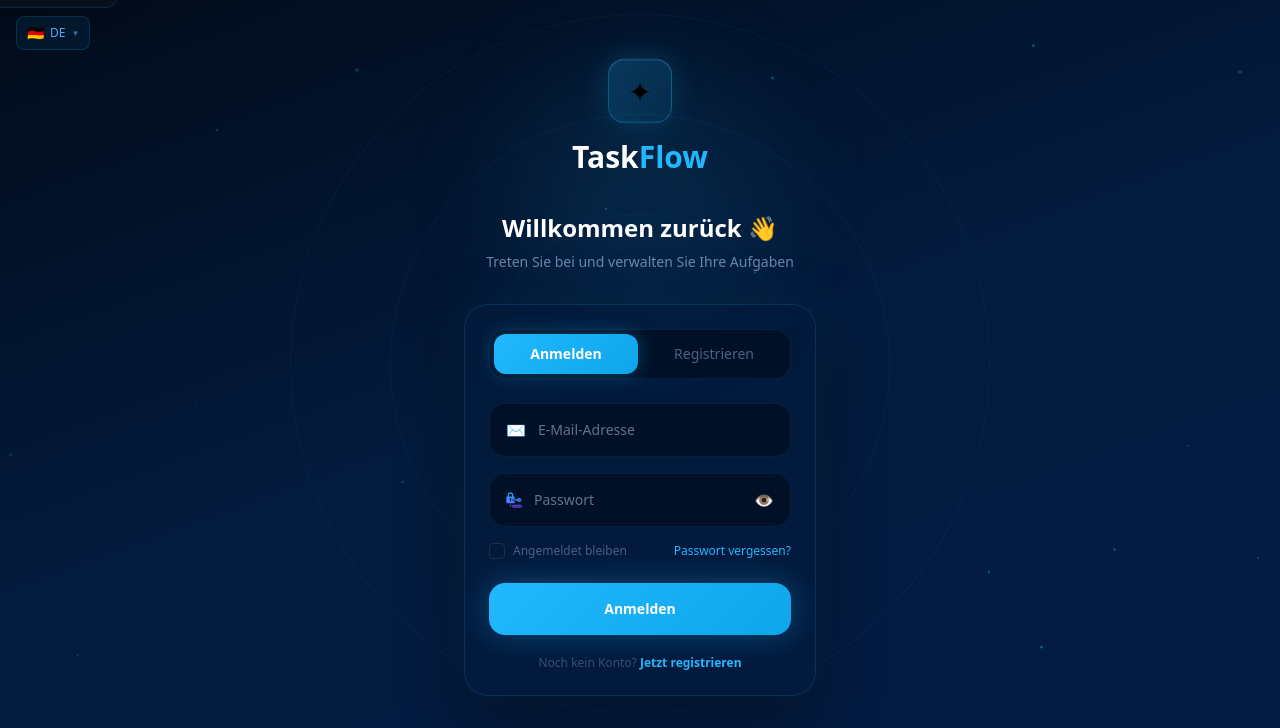
Repository: IssamSaed98/TaskManager.Frontend
Page: /, after clicking the first element matching `button.flex`
An editor plug-in stored every save of this project. The page is shown before and after the next save, followed by the edit.
The browser window is 1280 px wide. The pictures show the whole page.
The project was rebuilt for these pictures with package versions that can differ from the ones it lists, and the page was loaded fresh each time. Also part of the build but not shown: vite.config.js, src/pages/Register.jsx, src/pages/Events.jsx, src/pages/AdminDashboard.jsx.

Above is the page before, as saved 2026-06-08 14:02:52.

### index.html
<!DOCTYPE html>
<html lang="de" dir="ltr">
  <head>
    <meta charset="UTF-8" />
    <meta name="viewport" content="width=device-width, initial-scale=1.0" />
    <title>TaskFlow</title>

    <!-- PWA -->
    <link rel="manifest" href="/manifest.webmanifest" />
    <meta name="theme-color" content="#0a0f1a" />

    <!-- Apple -->
    <link rel="apple-touch-icon" href="/apple-touch-icon.png" />
    <meta name="apple-mobile-web-app-capable" content="yes" />
    <meta name="apple-mobile-web-app-status-bar-style" content="black-translucent" />
    <meta name="apple-mobile-web-app-title" content="TaskFlow" />

    <!-- Favicon -->
    <link rel="icon" type="image/png" sizes="32x32" href="/favicon-32x32.png" />
    <link rel="icon" type="image/png" sizes="16x16" href="/favicon-16x16.png" />
  </head>
  <body>
    <div id="root"></div>
    <script type="module" src="/src/main.jsx"></script>
    <!-- Splash Screen -->
<div id="splash" style="
position:fixed; inset:0; z-index:9999;
background:#0a0f1a;
display:flex; flex-direction:column;
align-items:center; justify-content:center;
gap:16px;
transition: opacity 0.5s ease;
">
<img src="/public/pwa-512x512.png" width="100" height="100" style="border-radius:22%;animation:pulse 1.5s ease-in-out infinite"/>
<div style="color:#e2f0ff;font-size:22px;font-weight:700;letter-spacing:1px">TaskFlow</div>
<div style="color:#3a5070;font-size:12px">Task Management System</div>
</div>

<style>
@keyframes pulse {
0%,100% { transform: scale(1); opacity:1; }
50% { transform: scale(1.08); opacity:0.9; }
}
</style>

<script>
window.addEventListener('load', () => {
setTimeout(() => {
  const splash = document.getElementById('splash')
  if (splash) {
    splash.style.opacity = '0'
    setTimeout(() => splash.remove(), 500)
  }
}, 2000)
})
</script>
  </body>
</html>

### src/main.jsx
import { StrictMode } from 'react'
import { createRoot } from 'react-dom/client'
import './index.css'
import './i18n'
import App from './App.jsx'

createRoot(document.getElementById('root')).render(
  <StrictMode>
    <App />
  </StrictMode>,
)

### src/pages/Login.jsx
import { useState, useEffect } from 'react'
import { motion } from 'framer-motion'
import { login } from '../api'
import { useLanguage } from '../hooks/useLanguage'
import LanguageSwitcher from '../components/LanguageSwitcher'
import passImage from '../images/password.png'

function Login({ onLogin, goToRegister }) {
  const { t, isRTL } = useLanguage()
  const [email, setEmail] = useState('')
  const [password, setPassword] = useState('')
  const [showPassword, setShowPassword] = useState(false)
  const [remember, setRemember] = useState(false)
  const [error, setError] = useState('')
  const [loading, setLoading] = useState(false)
  const [focusedField, setFocusedField] = useState(null)
  const [particles, setParticles] = useState([])

  useEffect(() => {
    setParticles(Array.from({ length: 20 }, (_, i) => ({
      id: i,
      x: Math.random() * 100,
      y: Math.random() * 100,
      size: Math.random() * 3 + 1,
      duration: Math.random() * 8 + 4,
      delay: Math.random() * 4,
    })))
  }, [])

  const handleLogin = async () => {
    if (!email || !password) return
    try {
      setLoading(true)
      setError('')
      const response = await login(email, password)
      localStorage.setItem('token', response.data.token)
      onLogin(response.data.token)
    } catch {
      setError(t('error_login'))
    } finally {
      setLoading(false)
    }
  }
  const myStyle = {
    width: '16px',
    height: '16px',

}
  return (
    <div
      className="min-h-screen flex flex-col items-center justify-start overflow-hidden relative"
      style={{ background: 'linear-gradient(160deg, #020B1A 0%, #031B3D 50%, #041C45 100%)', direction: isRTL ? 'rtl' : 'ltr' }}
    >
      {/* Particles */}
      {particles.map(p => (
        <motion.div
          key={p.id}
          className="absolute rounded-full pointer-events-none"
          style={{ left: `${p.x}%`, top: `${p.y}%`, width: p.size, height: p.size, background: '#22B8FF', opacity: 0.3 }}
          animate={{ y: [0, -30, 0], opacity: [0.1, 0.4, 0.1] }}
          transition={{ duration: p.duration, delay: p.delay, repeat: Infinity, ease: 'easeInOut' }}
        />
      ))}

      {/* Rings */}
      <div className="absolute inset-0 flex items-center justify-center pointer-events-none overflow-hidden">
        {[300, 500, 700].map((size, i) => (
          <motion.div
            key={i}
            className="absolute rounded-full"
            style={{ width: size, height: size, border: '1px solid rgba(34,184,255,0.06)' }}
            animate={{ rotate: 360 }}
            transition={{ duration: 30 + i * 10, repeat: Infinity, ease: 'linear' }}
          />
        ))}
      </div>

      {/* Radial glow */}
      <div className="absolute top-0 left-1/2 -translate-x-1/2 w-96 h-96 rounded-full pointer-events-none"
        style={{ background: 'radial-gradient(circle, rgba(34,184,255,0.12) 0%, transparent 70%)', filter: 'blur(40px)' }} />

      {/* Language switcher */}
      <div className="absolute top-4 left-4 z-20">
        <LanguageSwitcher />
      </div>

      <motion.div
        className="w-full max-w-sm px-4 pt-16 pb-8 z-10"
        initial={{ opacity: 0, y: 20 }}
        animate={{ opacity: 1, y: 0 }}
        transition={{ duration: 0.7, ease: 'easeOut' }}
      >
        {/* Logo */}
        <motion.div
          className="flex flex-col items-center mb-8"
          animate={{ y: [0, -6, 0] }}
          transition={{ duration: 4, repeat: Infinity, ease: 'easeInOut' }}
        >
          <motion.div
            className="w-16 h-16 rounded-2xl flex items-center justify-center mb-4"
            style={{
              background: 'linear-gradient(135deg, rgba(34,184,255,0.2), rgba(14,165,233,0.1))',
              border: '1px solid rgba(34,184,255,0.3)',
              boxShadow: '0 0 30px rgba(34,184,255,0.2), inset 0 1px 0 rgba(255,255,255,0.1)',
            }}
          >
            <span style={{ fontSize: 28 }}>✦</span>
          </motion.div>
          <h1 className="text-3xl font-bold">
            <span className="text-white">Task</span>
            <span style={{ color: '#22B8FF' }}>Flow</span>
          </h1>
        </motion.div>

        {/* Welcome */}
        <div className="text-center mb-8">
          <h2 className="text-2xl font-bold text-white mb-2">{t('welcome_back')}</h2>
          <p className="text-sm" style={{ color: 'rgba(148,180,220,0.7)' }}>
            {t('join_us')}
          </p>
        </div>

        {/* Glass Card */}
        <motion.div
          className="rounded-3xl p-6"
          style={{
            background: 'rgba(3,27,61,0.6)',
            border: '1px solid rgba(34,184,255,0.15)',
            backdropFilter: 'blur(20px)',
            boxShadow: '0 0 40px rgba(34,184,255,0.08), 0 20px 60px rgba(0,0,0,0.5)',
          }}
        >
          {/* Tab Switch */}
          <div className="flex rounded-2xl p-1 mb-6 gap-1"
            style={{ background: 'rgba(2,11,26,0.6)', border: '1px solid rgba(34,184,255,0.1)' }}>
            <button
              className="flex-1 py-2.5 rounded-xl text-sm font-bold transition-all"
              style={{
                background: 'linear-gradient(135deg,#22B8FF,#0EA5E9)',
                color: '#fff',
                boxShadow: '0 0 20px rgba(34,184,255,0.3)',
              }}>
              {t('sign_in')}
            </button>
            <button
              onClick={goToRegister}
              className="flex-1 py-2.5 rounded-xl text-sm font-medium transition-all"
              style={{ background: 'transparent', color: 'rgba(148,180,220,0.5)' }}>
              {t('sign_up')}
            </button>
          </div>

          {/* Email */}
          <div className="mb-4">
            {/* Email */}

  <div
    className="flex items-center gap-3 px-4 py-3.5 rounded-2xl"
    style={{
      background: 'rgba(2,11,26,0.6)',
      border: `1px solid ${focusedField === 'email' ? 'rgba(34,184,255,0.6)' : 'rgba(34,184,255,0.1)'}`,
      boxShadow: focusedField === 'email' ? '0 0 15px rgba(34,184,255,0.12)' : 'none',
      transition: 'all 0.15s ease',
    }}
  >
    <span style={{ color: focusedField === 'email' ? '#22B8FF' : '#3a5070' }}>✉</span>
    <input
      type="email"
      value={email}
      onChange={e => setEmail(e.target.value)}
      onFocus={() => setFocusedField('email')}
      onBlur={() => setFocusedField(null)}
      placeholder={t('email')}
      className="flex-1 bg-transparent outline-none text-sm"
      style={{ color: '#c0d8f0', fontFamily: 'inherit' }}
    />
  </div>
</div>


          {/* Password */}
          {/* Password */}
<div className="mb-4">
  <div
    className="flex items-center gap-3 px-4 py-3.5 rounded-2xl"
    style={{
      background: 'rgba(2,11,26,0.6)',
      border: `1px solid ${focusedField === 'password' ? 'rgba(34,184,255,0.6)' : 'rgba(34,184,255,0.1)'}`,
      boxShadow: focusedField === 'password' ? '0 0 15px rgba(34,184,255,0.12)' : 'none',
      transition: 'all 0.15s ease',
    }}
  >
    <span style={{ color: focusedField === 'password' ? '#22B8FF' : '#3a5070' }}>
      <img src={passImage} className='passImage' style={myStyle}/></span>
    <input
      type={showPassword ? 'text' : 'password'}
      value={password}
      onChange={e => setPassword(e.target.value)}
      onFocus={() => setFocusedField('password')}
      onBlur={() => setFocusedField(null)}
      placeholder={t('password')}
      className="flex-1 bg-transparent outline-none text-sm"
      style={{ color: '#c0d8f0', fontFamily: 'inherit' }}
    />
    <button onClick={() => setShowPassword(!showPassword)} style={{ color: '#3a5070' }}>
      {showPassword ? '🙈' : '👁'}
    </button>
  </div>
</div>

          {/* Remember + Forgot */}
          <div className="flex items-center justify-between mb-6">
            <button
              onClick={() => setRemember(!remember)}
              className="flex items-center gap-2 text-xs"
              style={{ color: '#4a6080' }}>
              <div className="w-4 h-4 rounded flex items-center justify-center"
                style={{ background: remember ? '#22B8FF' : 'transparent', border: `1px solid ${remember ? '#22B8FF' : '#1e2d40'}` }}>
                {remember && <span className="text-white" style={{ fontSize: 10 }}>✓</span>}
              </div>
              {t('remember_me')}
            </button>
            <button className="text-xs" style={{ color: '#22B8FF' }}>
              {t('forgot_password')}
            </button>
          </div>

          {error && (
            <motion.p
              initial={{ opacity: 0, y: -5 }}
              animate={{ opacity: 1, y: 0 }}
              className="text-xs text-center mb-4"
              style={{ color: '#f87171' }}>
              {error}
            </motion.p>
          )}

          {/* Login Button */}
          <motion.button
            onClick={handleLogin}
            disabled={loading}
            className="w-full py-4 rounded-2xl text-white font-bold text-sm mb-5"
            style={{
              background: 'linear-gradient(135deg, #22B8FF, #0EA5E9)',
              boxShadow: '0 0 30px rgba(34,184,255,0.3)',
            }}
            whileHover={{ scale: 1.03, boxShadow: '0 0 40px rgba(34,184,255,0.5)' }}
            whileTap={{ scale: 0.97 }}
          >
            {loading ? '...' : t('sign_in')}
          </motion.button>

          {/* Register link */}
          <p className="text-center text-xs" style={{ color: '#3a5070' }}>
            {t('no_account')}{' '}
            <button onClick={goToRegister} style={{ color: '#22B8FF', fontWeight: 600 }}>
              {t('register_now')}
            </button>
          </p>
        </motion.div>
      </motion.div>
    </div>
  )
}

export default Login

### src/components/LanguageSwitcher.jsx
import { useState, useRef, useEffect } from 'react'
import { useLanguage } from '../hooks/useLanguage'

function LanguageSwitcher() {
  const { changeLanguage, currentLang } = useLanguage()
  const [open, setOpen] = useState(false)
  const ref = useRef(null)

  const languages = [
    { code: 'de', label: 'DE', flag: '🇩🇪', name: 'Deutsch' },
    { code: 'en', label: 'EN', flag: '🇬🇧', name: 'English' },
    { code: 'ar', label: 'AR', flag: '🇸🇦', name: 'العربية' },
  ]

  const current = languages.find(l => l.code === currentLang) || languages[0]

  useEffect(() => {
    const handleClick = (e) => {
      if (ref.current && !ref.current.contains(e.target)) setOpen(false)
    }
    document.addEventListener('mousedown', handleClick)
    return () => document.removeEventListener('mousedown', handleClick)
  }, [])

  return (
    <div ref={ref} className="relative">
      <button
        onClick={() => setOpen(!open)}
        className="flex items-center gap-1.5 px-2.5 py-1.5 rounded-lg text-xs font-medium transition-all"
        style={{
          background: 'rgba(14,165,233,0.08)',
          border: '0.5px solid rgba(14,165,233,0.2)',
          color: '#60a5fa',
        }}>
        <span className="text-sm">{current.flag}</span>
        <span>{current.label}</span>
        <span style={{ fontSize: '8px', opacity: 0.6 }}>{open ? '▼' : '▲'}</span>
      </button>

      {open && (
        <div className="absolute z-50 rounded-xl overflow-hidden"
          style={{
            background: '#0a0f1a',
            border: '0.5px solid rgba(14,165,233,0.15)',
            boxShadow: '0 -8px 32px rgba(0,0,0,0.5)',
            minWidth: '130px',
            bottom: 'calc(100% + 8px)',
            left: '50%',
            transform: 'translateX(-50%)',
          }}>
          {languages.map(lang => (
            <button
              key={lang.code}
              onClick={() => { changeLanguage(lang.code); setOpen(false) }}
              className="w-full flex items-center gap-3 px-4 py-2.5 text-xs transition-all"
              style={{
                background: currentLang === lang.code ? 'rgba(14,165,233,0.1)' : 'transparent',
                color: currentLang === lang.code ? '#60a5fa' : '#4a6080',
                borderBottom: '0.5px solid rgba(14,165,233,0.05)',
              }}>
              <span className="text-base">{lang.flag}</span>
              <div className="text-left">
                <div className="font-medium">{lang.label}</div>
                <div style={{ fontSize: '10px', opacity: 0.5 }}>{lang.name}</div>
              </div>
              {currentLang === lang.code && (
                <span className="mr-auto" style={{ color: '#60a5fa' }}>✓</span>
              )}
            </button>
          ))}
        </div>
      )}
    </div>
  )
}

export default LanguageSwitcher

Loaded but not shown: src/index.css (common file); src/locales/de.js (98 lines, source omitted); src/hooks/usePushNotifications.js (100 lines, source omitted); src/locales/en.js (95 lines, source omitted); src/locales/ar.js (95 lines, source omitted); src/api.js (45 lines, source omitted); src/hooks/usePolling.js (24 lines, source omitted); src/i18n.js (24 lines, source omitted); src/hooks/useLanguage.js (18 lines, source omitted); src/App.jsx (508 lines, source omitted)

After the next save:
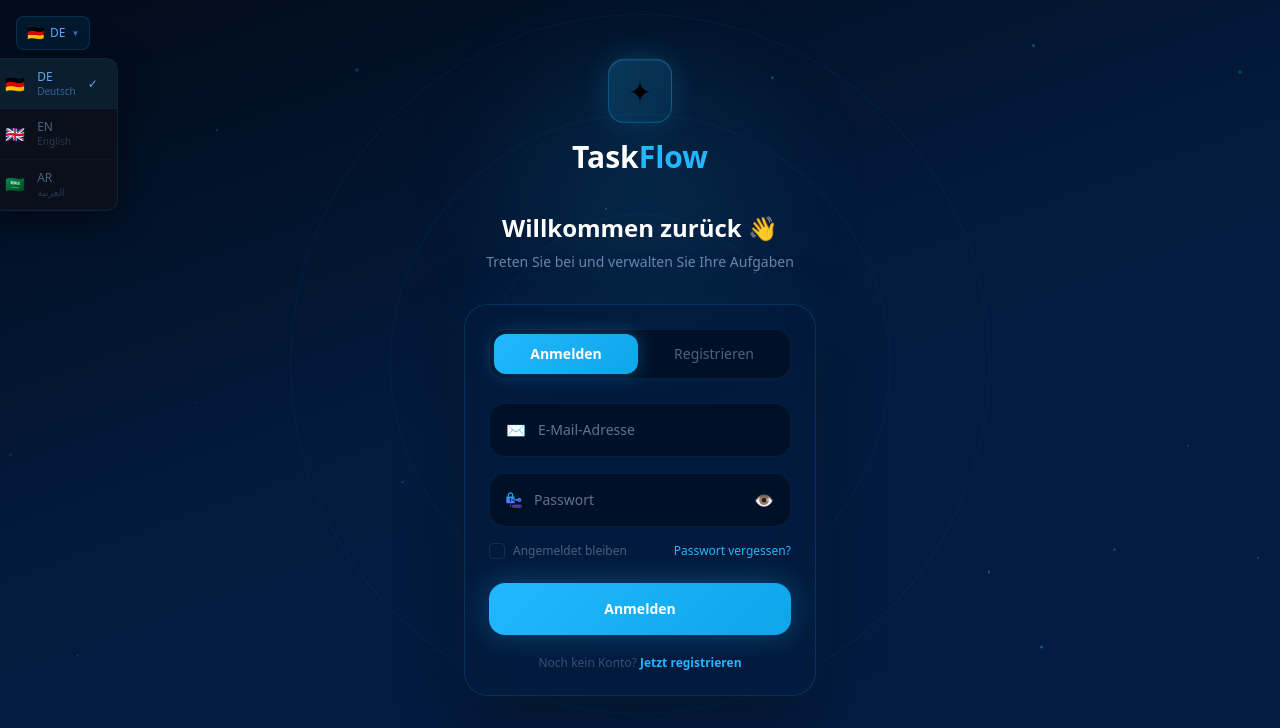
Saved 42 s later.
--- a/src/components/LanguageSwitcher.jsx
+++ b/src/components/LanguageSwitcher.jsx
@@ -39,15 +39,15 @@ function LanguageSwitcher() {
 
       {open && (
         <div className="absolute z-50 rounded-xl overflow-hidden"
-          style={{
-            background: '#0a0f1a',
-            border: '0.5px solid rgba(14,165,233,0.15)',
-            boxShadow: '0 -8px 32px rgba(0,0,0,0.5)',
-            minWidth: '130px',
-            bottom: 'calc(100% + 8px)',
-            left: '50%',
-            transform: 'translateX(-50%)',
-          }}>
+        style={{
+          background: '#0a0f1a',
+          border: '0.5px solid rgba(14,165,233,0.15)',
+          boxShadow: '0 8px 32px rgba(0,0,0,0.5)', // تم تعديل اتجاه الظل ليكون للأسفل
+          minWidth: '130px',
+          top: 'calc(100% + 8px)', // تم التغيير من bottom إلى top لتفتح لأسفل
+          left: '50%',
+          transform: 'translateX(-50%)',
+        }}>
           {languages.map(lang => (
             <button
               key={lang.code}
